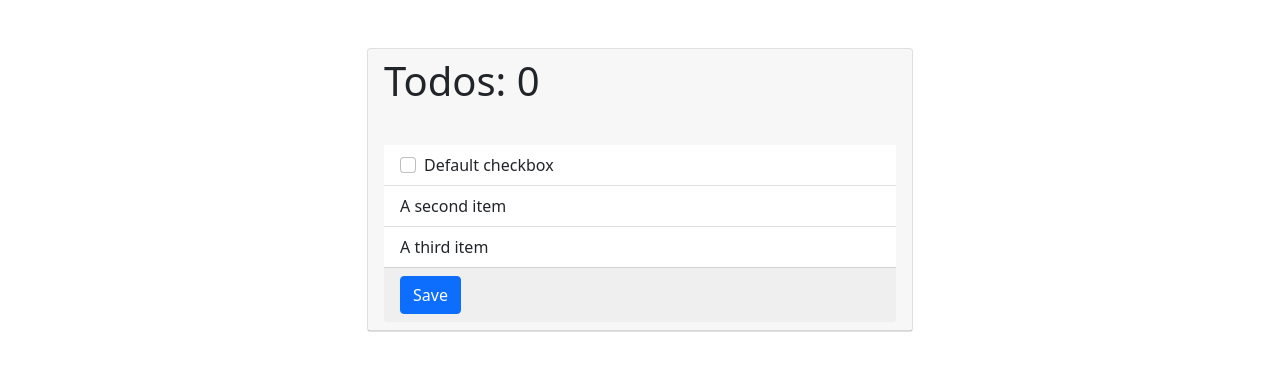
Repository: saidabbasun/TODO-react-redux
Page: /
An editor plug-in stored every save of this project. The page is shown before and after the next save, followed by the edit.
The browser window is 1280 px wide. The pictures show the whole page.
The project was rebuilt for these pictures with package versions that can differ from the ones it lists, and the page was loaded fresh each time.

Above is the page before, as saved 2022-05-17 12:02:44.

### public/index.html
<!DOCTYPE html>
<html lang="en">
  <head>
    <meta charset="utf-8" />

    <meta name="viewport" content="width=device-width, initial-scale=1" />
    <meta name="theme-color" content="#000000" />
    <meta
      name="description"
      content="Web site created using create-react-app"
    />
    <link href="https://cdn.jsdelivr.net/npm/bootstrap@5.0.2/dist/css/bootstrap.min.css" rel="stylesheet" integrity="sha384-EVSTQN3/azprG1Anm3QDgpJLIm9Nao0Yz1ztcQTwFspd3yD65VohhpuuCOmLASjC" crossorigin="anonymous">

    <title>React App</title>
  </head>
  <body>

    <div id="root"></div>

  </body>
</html>

### src/index.js
import React from 'react';
import ReactDOM from 'react-dom/client';
import App from './App';

const root = ReactDOM.createRoot(document.getElementById('root'));
root.render(
  <React.StrictMode>
    <App />
  </React.StrictMode>
);

### src/App.jsx
function App() {
  return (
    <div className="container">
      <div className="row">
        <div className="col-md-6 offset-md-3">
          <div className="card mt-5">
            <div className="card-header">
              <h1>Todos: 0</h1>
              <div>
                <div className="card-body"></div>
                  <ul class="list-group list-group-flush">
                    <li class="list-group-item">
                    <input class="form-check-input me-2" type="checkbox" value="" id="flexCheckDefault"/>
                    <label class="form-check-label" for="flexCheckDefault">
                       Default checkbox
                    </label>
                    </li>
                    <li class="list-group-item">A second item</li>
                    <li class="list-group-item">A third item</li>
                  </ul>

                <div className=" card-footer">
                  <button className="btn btn-primary">Save</button>
                </div>
              </div>
            </div>
          </div>
        </div>
      </div>
    </div>
  );
}

export default App;

After the next save:
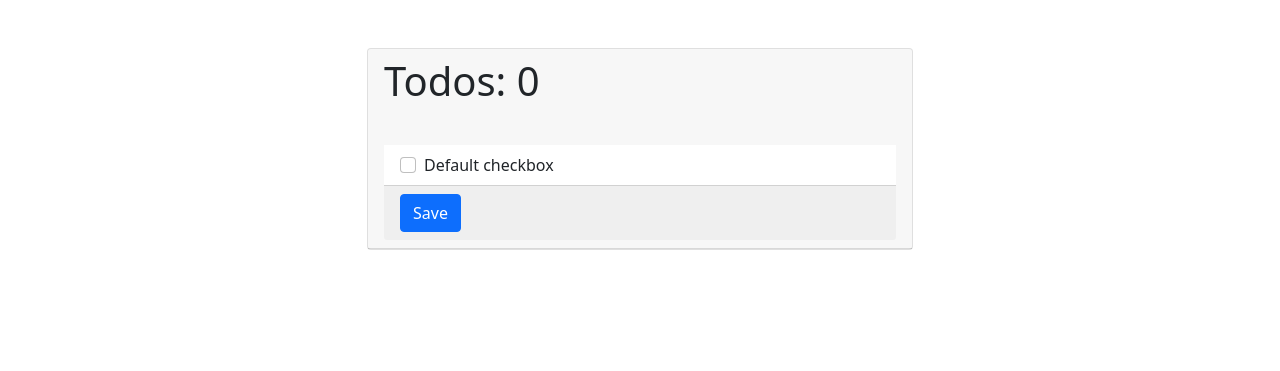
Saved 22 s later.
--- a/src/App.jsx
+++ b/src/App.jsx
@@ -15,8 +15,7 @@ function App() {
                        Default checkbox
                     </label>
                     </li>
-                    <li class="list-group-item">A second item</li>
-                    <li class="list-group-item">A third item</li>
+
                   </ul>
 
                 <div className=" card-footer">
